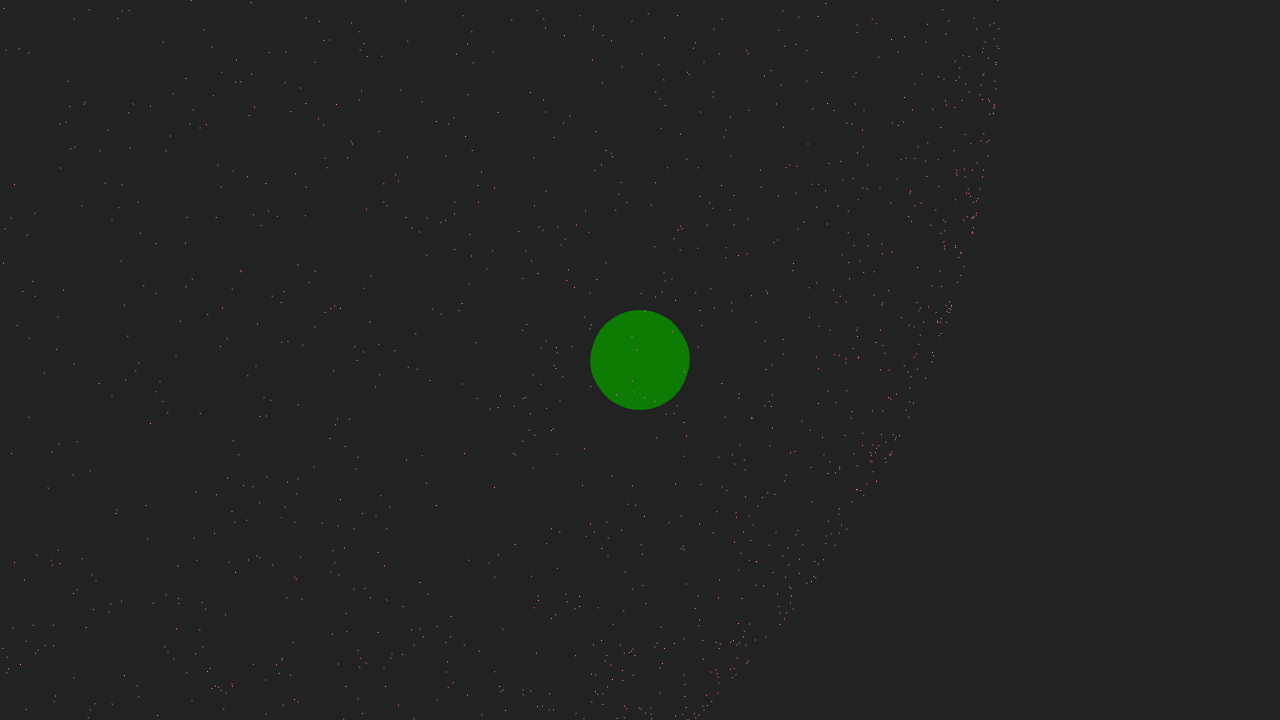
Repository: ZakariaZhlat125/multiple3dWindow
Page: index.html
An editor plug-in stored every save of this project. The page is shown before and after the next save, followed by the edit.
The browser window is 1280 px wide. The pictures show the whole page.

Above is the page before, as saved 2023-12-03 22:38:11.

After the next save:
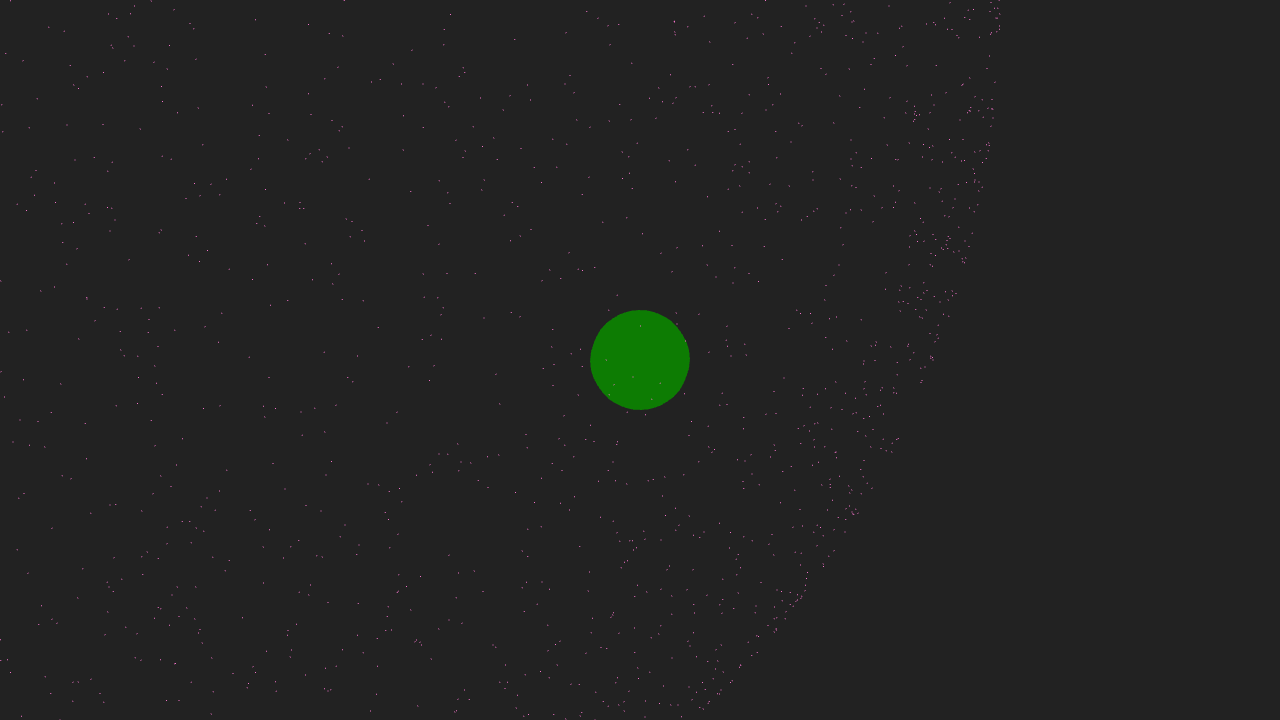
Saved 19 s later.
--- a/main.js
+++ b/main.js
@@ -169,8 +169,8 @@ if (new URLSearchParams(window.location.search).get("clear")) {
       ball.rotation.x = _t * 0.5;
       ball.rotation.y = _t * 0.3;
     }
-	starsGroup.rotation.x -= 0.05;
-	starsGroup.rotation.y -= 0.08;
+	starsGroup.rotation.x -= 0.0005;
+	starsGroup.rotation.y -= 0.0008;
     renderer.render(scene, camera);
     requestAnimationFrame(render);
   }
